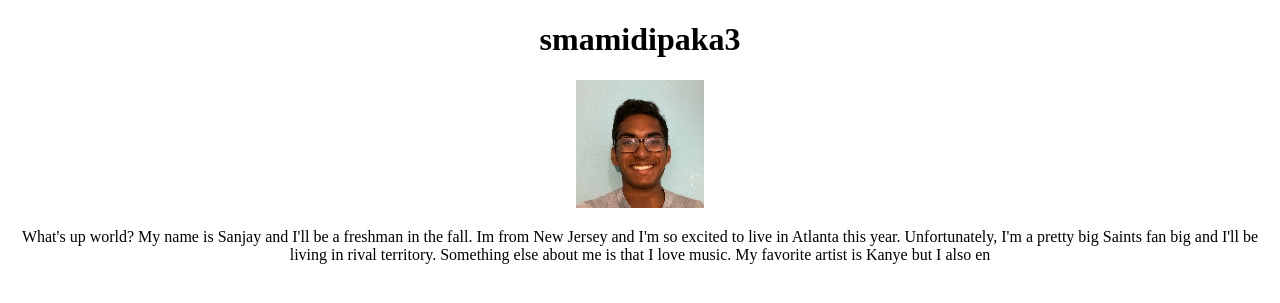
Repository: sanjayMamidipaka/cs1301
Page: lab01/index.html
The author's editor kept a copy of each file at every save. The page is drawn from the files as they stood at one save, then again after the next save.
The browser window is 1280 px wide. The pictures show the whole page.

Above is the page before, as saved 2021-07-22 15:56:37.

### lab01/index.html
<!DOCTYPE html>

<head>
    <link rel="stylesheet" href="style.css">
  </head>

  <div class = "h1">
    <h1>smamidipaka3</h1>

    <img src="image.png" alt="My Picture">
    <p>
        What's up world? My name is Sanjay and I'll be a freshman in the fall. Im from New Jersey and I'm so excited to live in Atlanta this year.
        Unfortunately, I'm a pretty big Saints fan big and I'll be living in rival territory. Something else about me is that I love music. My favorite artist is Kanye but
        I also en
    </p>
  </div>

### lab01/style.css
.h1 {
    text-align: center
}

After the next save:
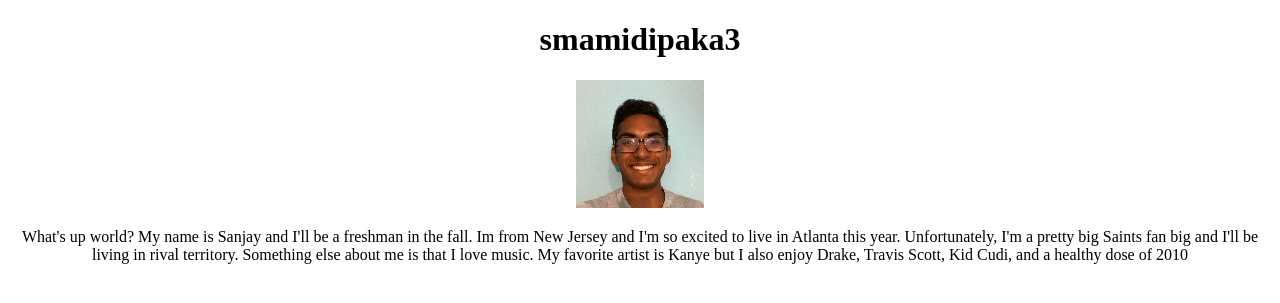
Saved 11 s later.
--- a/lab01/index.html
+++ b/lab01/index.html
@@ -11,6 +11,6 @@
     <p>
         What's up world? My name is Sanjay and I'll be a freshman in the fall. Im from New Jersey and I'm so excited to live in Atlanta this year.
         Unfortunately, I'm a pretty big Saints fan big and I'll be living in rival territory. Something else about me is that I love music. My favorite artist is Kanye but
-        I also en
+        I also enjoy Drake, Travis Scott, Kid Cudi, and a healthy dose of 2010
     </p>
   </div>
